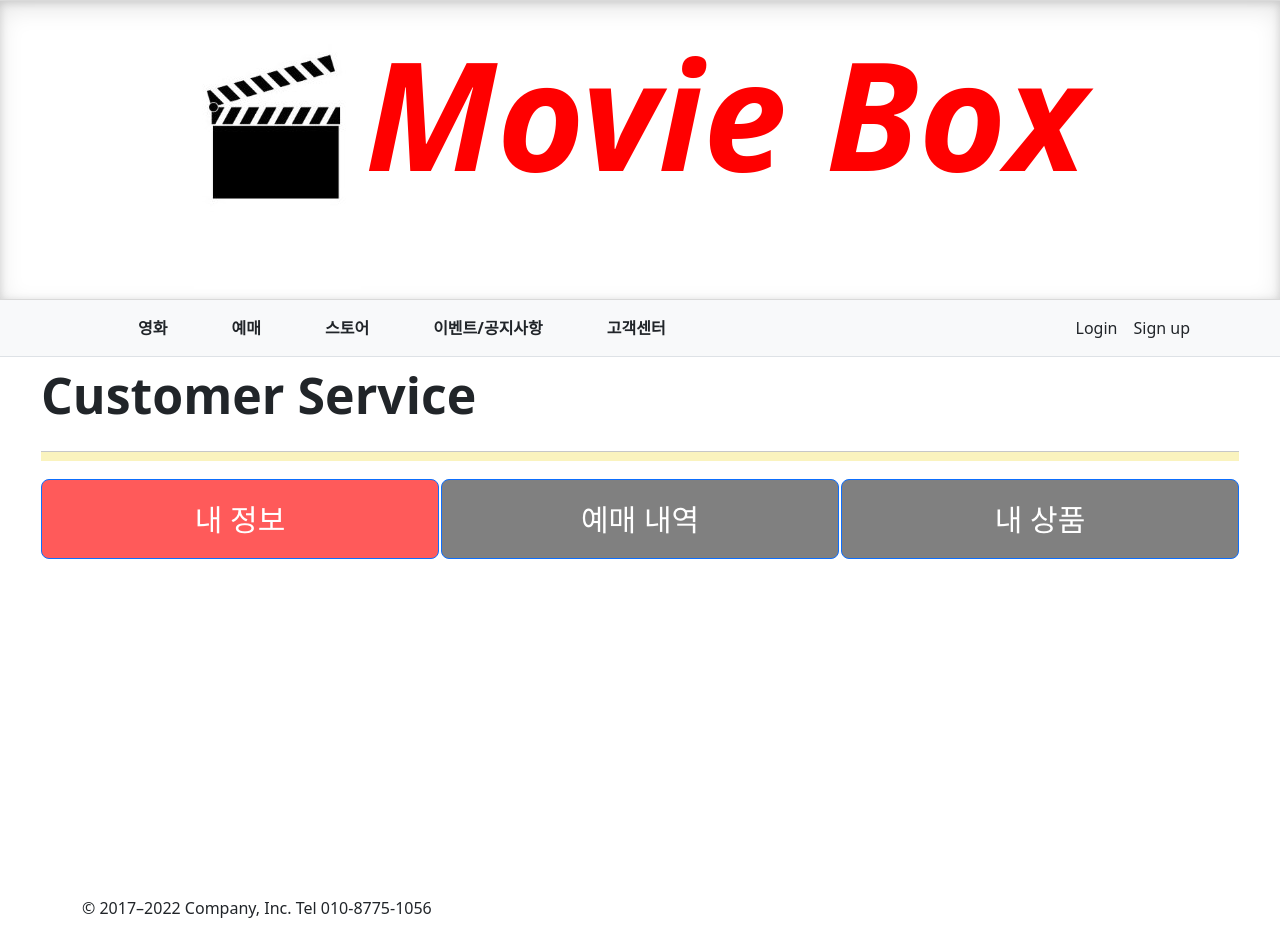
Repository: SpearManCN/MovieBox-2nd-Project-
Page: http://localhost/prj_01/WEB-INF/views/serviceForm.jsp
An editor plug-in stored every save of this project. The page is shown before and after the next save, followed by the edit.
The browser window is 1280 px wide. The pictures show the whole page.
The page is served by Tomcat 9. Nobody is signed in. Other server files are loaded and not shown. The template is opened directly, without the code that normally fills it, so the values that code supplies are empty.

Above is the page before, as saved 2022-12-13 15:43:04.

### Second project/prj_01/src/main/webapp/WEB-INF/views/serviceForm.jsp
<%@ page language="java" contentType="text/html; charset=UTF-8"
    pageEncoding="UTF-8"%>
        <%@taglib prefix="c" uri="http://java.sun.com/jsp/jstl/core" %>
<!DOCTYPE html>
<html>
<head>
<meta name="viewport" content="width=device-width, initial-scale=1">
<meta charset="UTF-8">
<link href="https://cdn.jsdelivr.net/npm/bootstrap@5.2.3/dist/css/bootstrap.min.css" rel="stylesheet" integrity="sha384-rbsA2VBKQhggwzxH7pPCaAqO46MgnOM80zW1RWuH61DGLwZJEdK2Kadq2F9CUG65" crossorigin="anonymous">

</head>
<body>
<%@include file="/WEB-INF/views/commonHeader.jsp" %>
<center>
<table width="1200px">
	<tr>
	<td align="left"><span style="font-size:50px; font-weight:bold;">Customer Service</span>
	<tr>
	<td><hr style="height:10px; background-color:#EDD200;">
	<tr>
</table>
</center>

<table align="center" width="1200px">
	<tr>
	<td width="220px"><button onclick="goMyPageHome();" type="button" class="btn btn-primary btn-lg" style="width:100%; height:80px; background-color:#FF5A5A;">
	<span style="font-size:30px; ">내 정보</span></button></td>

	<td width="220px"><button onclick="goMyPageBook();" type="button" class="btn btn-primary btn-lg" style="width:100%; height:80px; background-color:gray;">
	<span style="font-size:30px; font-weight:;">예매 내역</span></button></td>

	<td width="220px"><button onclick="goMyPageStore();" type="button" class="btn btn-primary btn-lg" style="width:100%; height:80px; background-color:gray;">
	<span style="font-size:30px; font-weight:;">내 상품</span></button></td>

	</tr>
	<tr>
	</tr>

</table>


















<%@include file="/WEB-INF/views/commonFooter.jsp" %>
</body>
</html>

### Second project/prj_01/src/main/webapp/WEB-INF/views/commonHeader.jsp
<%@ page language="java" contentType="text/html; charset=UTF-8"
    pageEncoding="UTF-8"%>



<script src="/js/jquery-1.11.0.min.js"></script>
<script>
function goLogin(){document.commonForm.action="/loginForm.do";document.commonForm.submit(); }
function goLoginJoin(){document.commonForm.action="/loginJoinForm.do";document.commonForm.submit();}
function goMyPage(){document.commonForm.action="/myPageHome.do";document.commonForm.submit(); }
function goMainForm(){document.commonForm.action="/mainForm.do";document.commonForm.submit(); }
function goLogout(){
	if(confirm("로그아웃 하시겠습니까?")){
		document.commonForm.action="/logout.do";document.commonForm.submit();
	}

	 }

</script>

<form name="commonForm" method="post"></form>
<div style="height:300px; background-color: white; border-width: 1px 0;
        box-shadow: inset 0 .5em 1.5em rgba(0, 0, 0, .1), inset 0 .125em .5em rgba(0, 0, 0, .15);         border: solid rgba(0, 0, 0, .15);
        border-width: 1px 0;" class="b-example-divider" align="center" >

 <span style="cursor:pointer" onclick="goMainForm();"><img src="resources/img/movieBox2.jpg" >
 <Span  style="font-size: 150px; color:red; font-weight: bold ; font-style: italic;" >Movie Box</Span>

 </span></div>

  <nav class="py-2 bg-light border-bottom">
    <div class="container d-flex flex-wrap">
      <ul class="nav me-auto">
      <li class="nav-item">&emsp;&emsp;&emsp;</li>
        <li class="nav-item"><a href="movieHome.do" class="nav-link link-dark px-2 active" aria-current="page" style="font-weight: bold ;" >영화</a></li>
         <li class="nav-item">&emsp;&emsp;&emsp;</li>
        <li class="nav-item"><a href="reserveForm.do" class="nav-link link-dark px-2" style="font-weight: bold ;">예매</a></li>
         <li class="nav-item">&emsp;&emsp;&emsp;</li>
        <li class="nav-item"><a href="/storeForm.do" class="nav-link link-dark px-2" style="font-weight: bold ;">스토어</a></li>
         <li class="nav-item">&emsp;&emsp;&emsp;</li>
        <li class="nav-item"><a href="/eventForm.do" class="nav-link link-dark px-2" style="font-weight: bold ;">이벤트/공지사항</a></li>
          <li class="nav-item">&emsp;&emsp;&emsp;</li>
        <li class="nav-item"><a href="/serviceForm.do" class="nav-link link-dark px-2" style="font-weight: bold ;">고객센터</a></li>

       </ul>
      <ul class="nav">

      		<%
      		if(session.getAttribute("memNo")==null){session.setAttribute("memNo",0);}
			int memNo = (int)session.getAttribute("memNo");
			if(memNo==0){	%>
        <li class="nav-item"><span class="nav-link link-dark px-2" style="cursor:pointer" onclick="goLogin();">Login</span></li>
			        <li class="nav-item"><span class="nav-link link-dark px-2" style="cursor:pointer" onclick="goLoginJoin();">Sign up</span></li>

			<%}else if(memNo==1){%>
			        <li class="nav-item"><span class="nav-link link-dark px-2" style="cursor:pointer" onclick="goAdmin();">AdminPage</span></li>

    				   <li class="nav-item"><span class="nav-link link-dark px-2" style="cursor:pointer" onclick="goLogout();">Logout</span></li>

			<%}else {%>
			      <li class="nav-item"><span class="nav-link link-dark px-2" style="cursor:pointer" onclick="goMyPage();">My Page</span></li>
    				   <li class="nav-item"><span class="nav-link link-dark px-2" style="cursor:pointer" onclick="goLogout();">Logout</span></li>
 				<%}
		%>






      </ul>
    </div>
  </nav>

### Second project/prj_01/src/main/webapp/WEB-INF/views/commonFooter.jsp
<%@ page language="java" contentType="text/html; charset=UTF-8"
    pageEncoding="UTF-8"%>
<!--====================================================================-->


<br>
<br><br><br><br><br><br><br><br><br><br><br>
<br><br>

  <footer class="container">
    <p class="float-end"></p>
    <p>&copy; 2017–2022 Company, Inc. Tel 010-8775-1056 </p>
  </footer>

<script src="https://cdn.jsdelivr.net/npm/bootstrap@5.2.3/dist/js/bootstrap.bundle.min.js" integrity="sha384-kenU1KFdBIe4zVF0s0G1M5b4hcpxyD9F7jL+jjXkk+Q2h455rYXK/7HAuoJl+0I4" crossorigin="anonymous"></script>

Loaded but not shown: Second project/prj_01/src/main/resources/static/js/jquery-1.11.0.min.js (library)

After the next save:
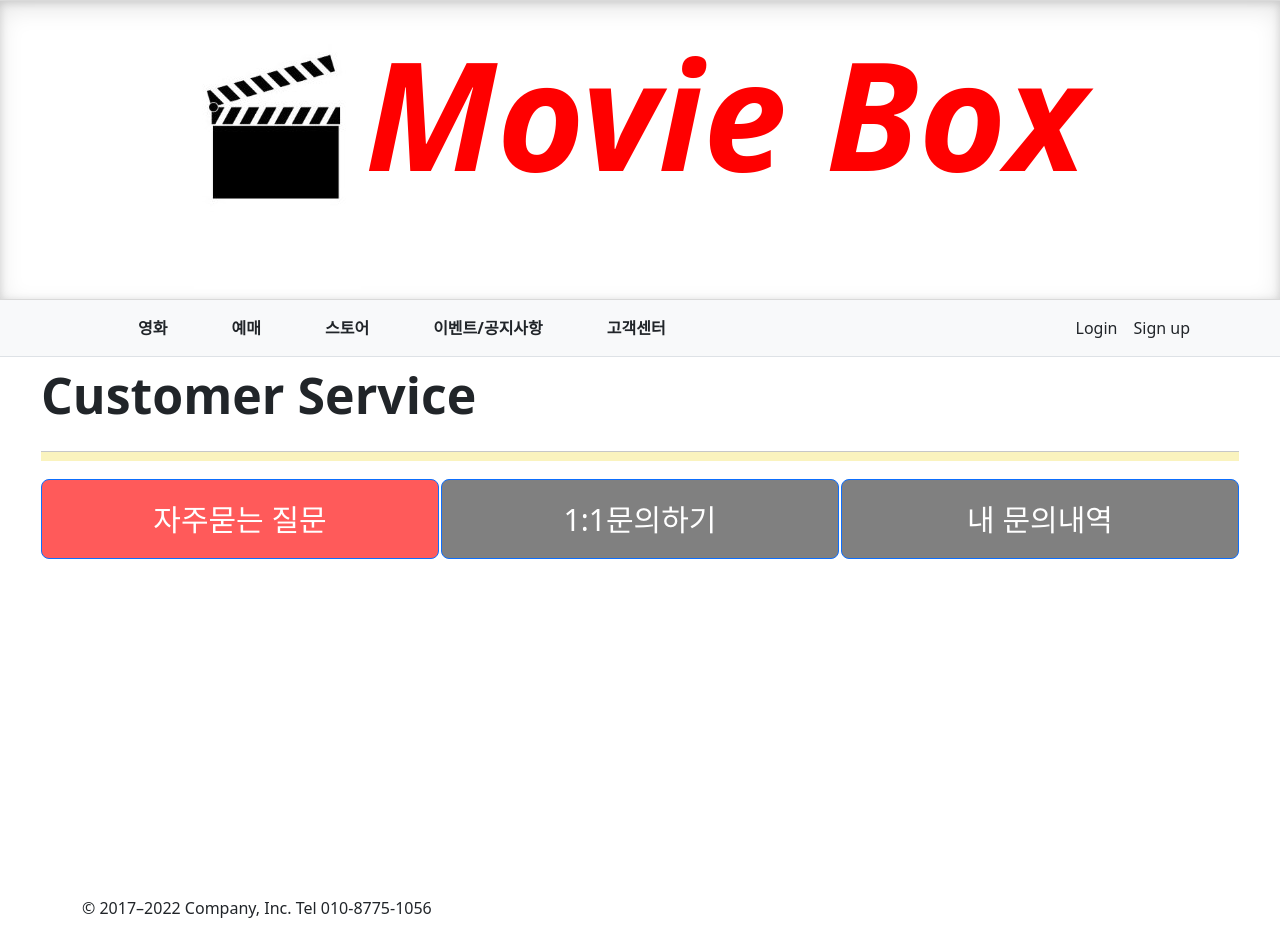
Saved 64 s later.
--- a/Second project/prj_01/src/main/webapp/WEB-INF/views/serviceForm.jsp
+++ b/Second project/prj_01/src/main/webapp/WEB-INF/views/serviceForm.jsp
@@ -24,13 +24,13 @@
 <table align="center" width="1200px">
 	<tr>
 	<td width="220px"><button onclick="goMyPageHome();" type="button" class="btn btn-primary btn-lg" style="width:100%; height:80px; background-color:#FF5A5A;">
-	<span style="font-size:30px; ">내 정보</span></button></td>
+	<span style="font-size:30px; ">자주묻는 질문</span></button></td>
 
 	<td width="220px"><button onclick="goMyPageBook();" type="button" class="btn btn-primary btn-lg" style="width:100%; height:80px; background-color:gray;">
-	<span style="font-size:30px; font-weight:;">예매 내역</span></button></td>
+	<span style="font-size:30px; font-weight:;">1:1문의하기</span></button></td>
 
 	<td width="220px"><button onclick="goMyPageStore();" type="button" class="btn btn-primary btn-lg" style="width:100%; height:80px; background-color:gray;">
-	<span style="font-size:30px; font-weight:;">내 상품</span></button></td>
+	<span style="font-size:30px; font-weight:;">내 문의내역</span></button></td>
 
 	</tr>
 	<tr>
